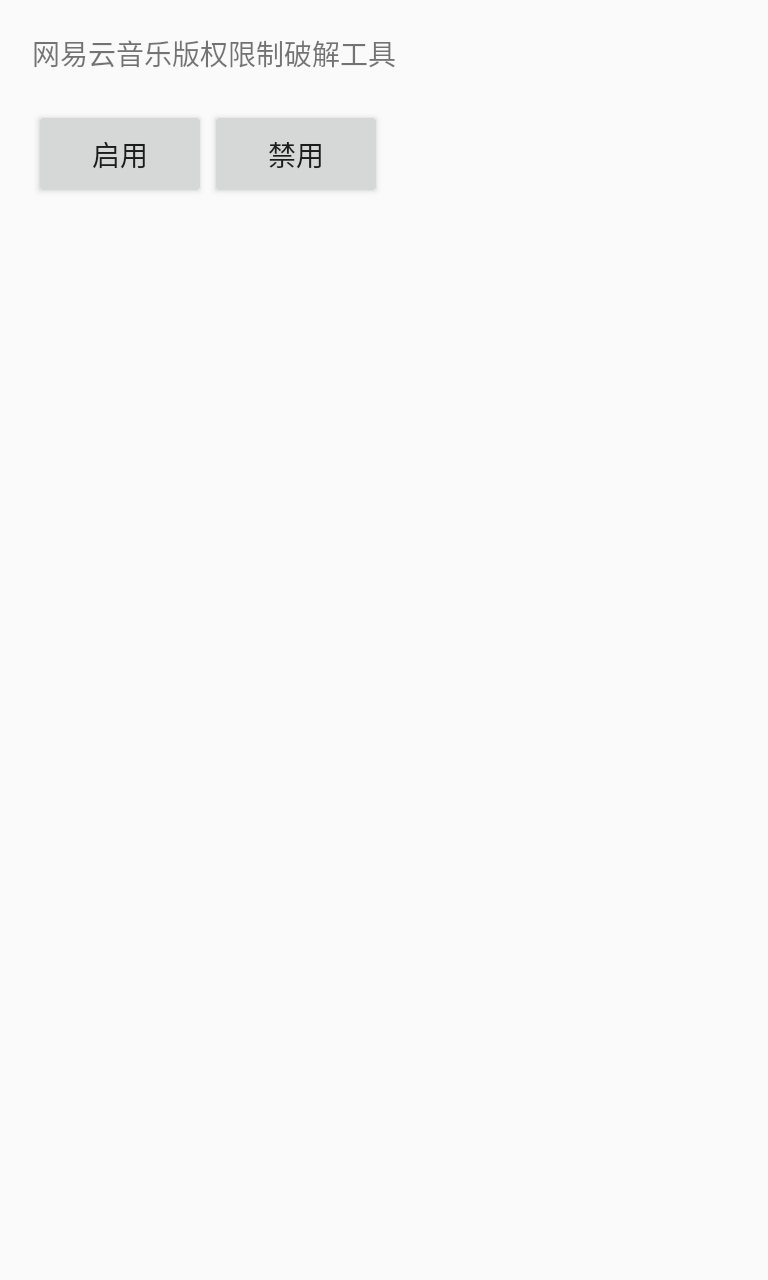
Repository: azureplus/163-music-unlock
Layout: workspace/NetEastMusicCracker/res/layout/activity_main.xml
These files come from the project's save history. The layout is drawn as it stood at one moment and after the next save; the edit follows.
It is drawn on a 768 x 1280 px phone screen (xhdpi) without system bars, with theme AppTheme; the app's code is not run.

Above is the layout before, as saved 2015-10-25 19:37:19.

After the next save:
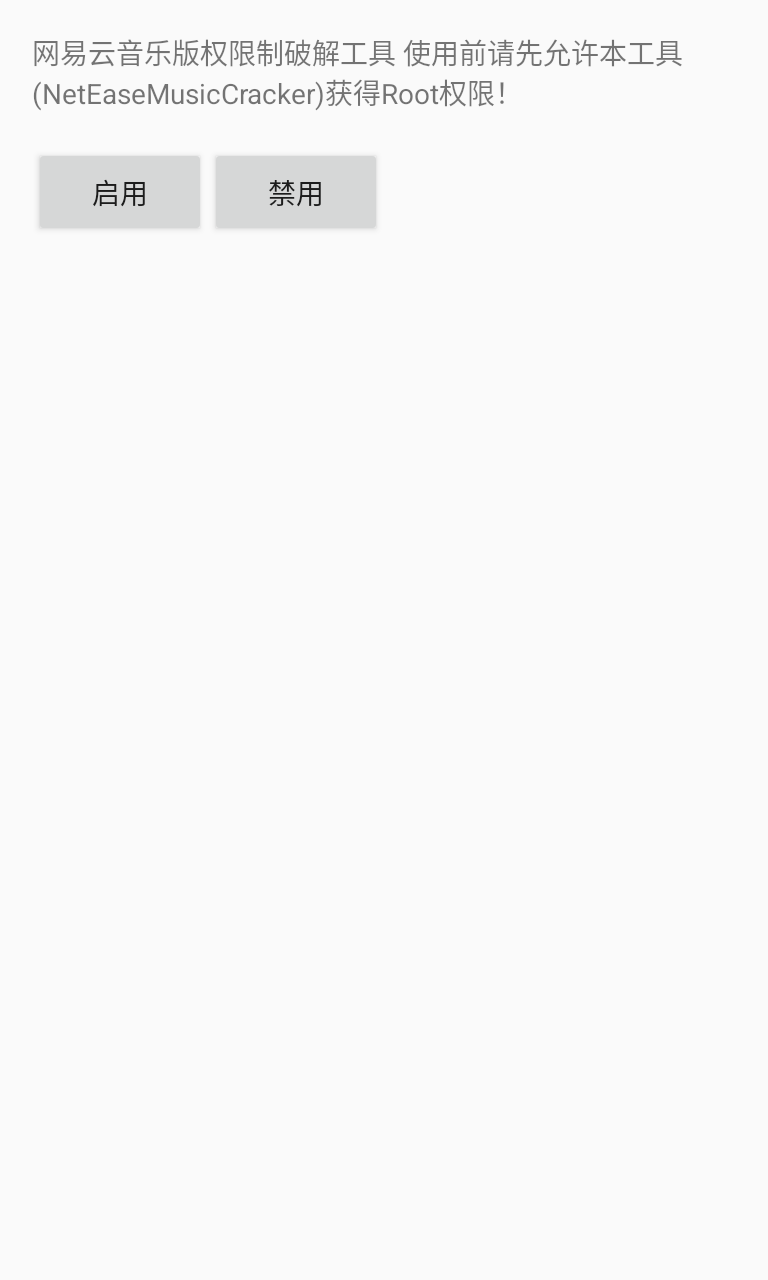
Saved 9 min 34 s later.
--- a/workspace/NetEastMusicCracker/res/layout/activity_main.xml
+++ b/workspace/NetEastMusicCracker/res/layout/activity_main.xml
@@ -12,7 +12,7 @@
         android:id="@+id/textView1"
         android:layout_width="wrap_content"
         android:layout_height="wrap_content"
-        android:text="网易云音乐版权限制破解工具" />
+        android:text="网易云音乐版权限制破解工具 使用前请先允许本工具(NetEaseMusicCracker)获得Root权限！" />
 
     <Button
         android:id="@+id/button_activate"
